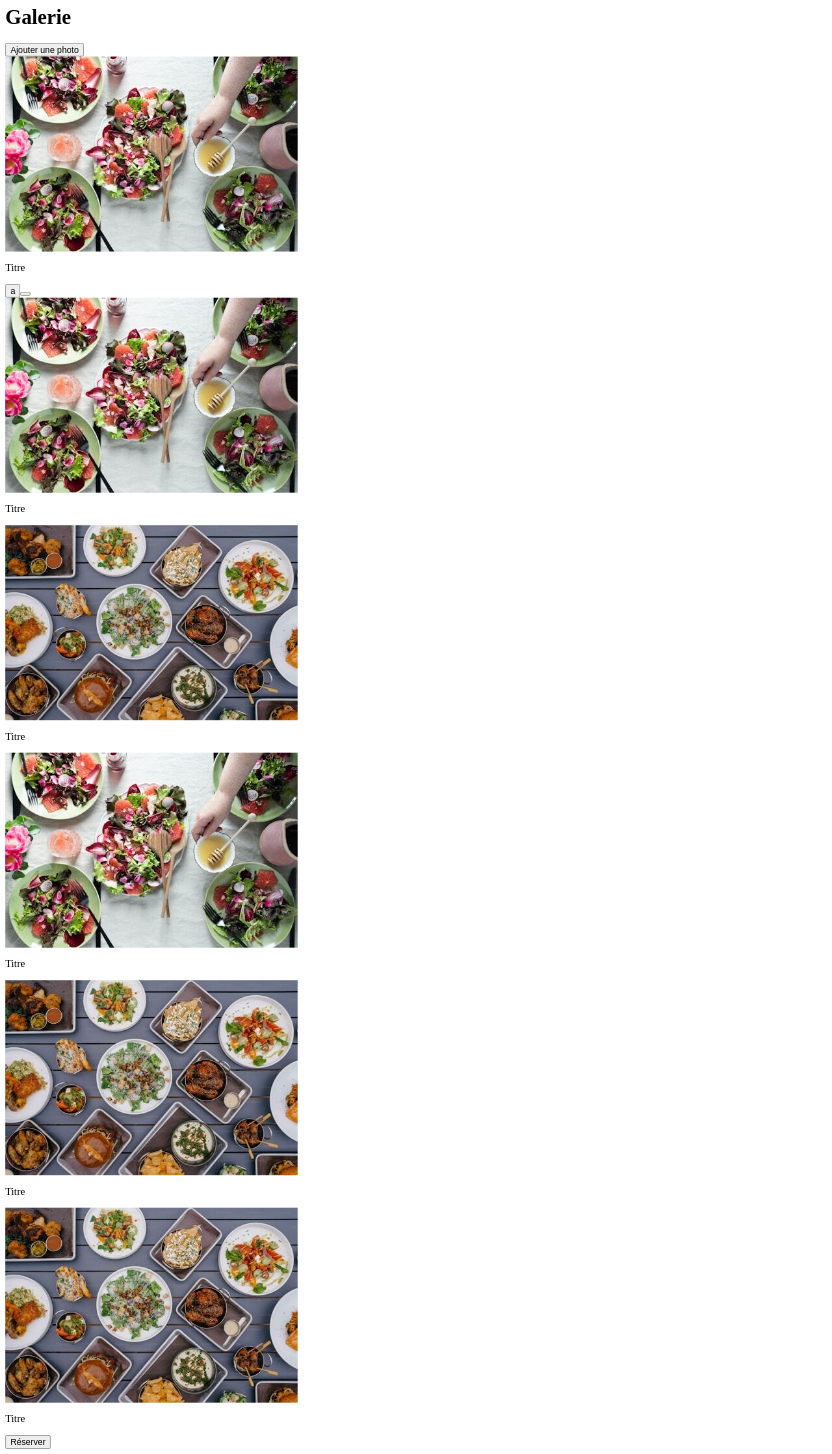
Repository: lemonhao9/QuaiAntiqueRestaurantFront
Page: pages/galerie.html
These files come from the project's save history. The page is drawn as it stood at one moment and after the next save; the edit follows.
The browser window is 1280 px wide. The pictures show the whole page, at 65% of full size.

Above is the page before, as saved 2025-01-24 14:29:08.

After the next save:
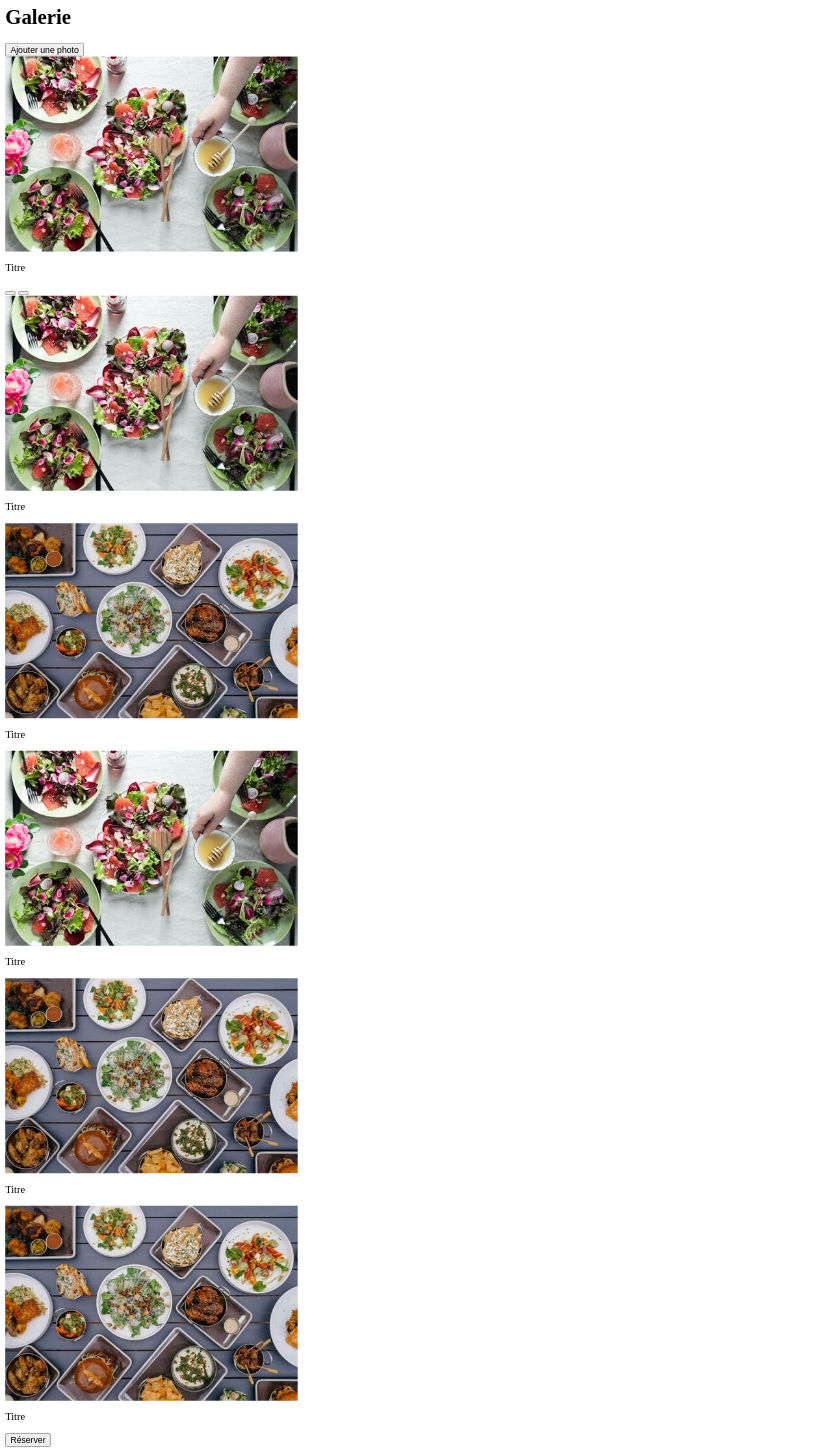
Saved 2 min 10 s later.
--- a/pages/galerie.html
+++ b/pages/galerie.html
@@ -14,7 +14,8 @@
                 <img src="../images/platGalerie5.jpg" alt="platGalerie1" class="rounded w-100">
                 <p class="titre-image">Titre</p>
                 <div class="action-image-buttons">
-                    <button type="button" class="btn btn-outline-light">a</button><button></button>
+                    <button type="button" class="btn btn-outline-light"><i class="bi bi-trash"></i></button>
+                    <button type="button" class="btn btn-outline-light"><i class="bi bi-trash"></i></button>
                 </div>
             </div>
         </div>
